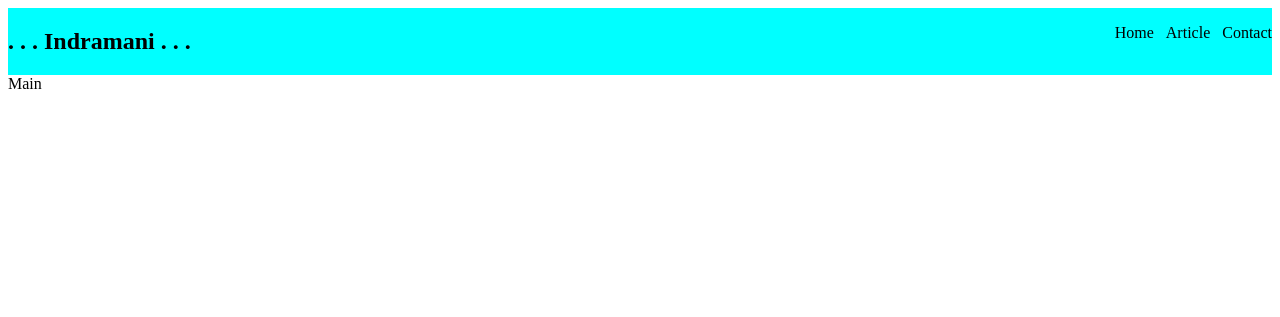
Repository: indramani7271/Indramani-First
Page: /
An editor plug-in stored every save of this project. The page is shown before and after the next save, followed by the edit.
The browser window is 1280 px wide. The pictures show the whole page.
The project was rebuilt for these pictures with package versions that can differ from the ones it lists, and the page was loaded fresh each time. Also part of the build but not shown: vite.config.js, src/index.css.

Above is the page before, as saved 2024-12-02 17:21:19.

After the next save:
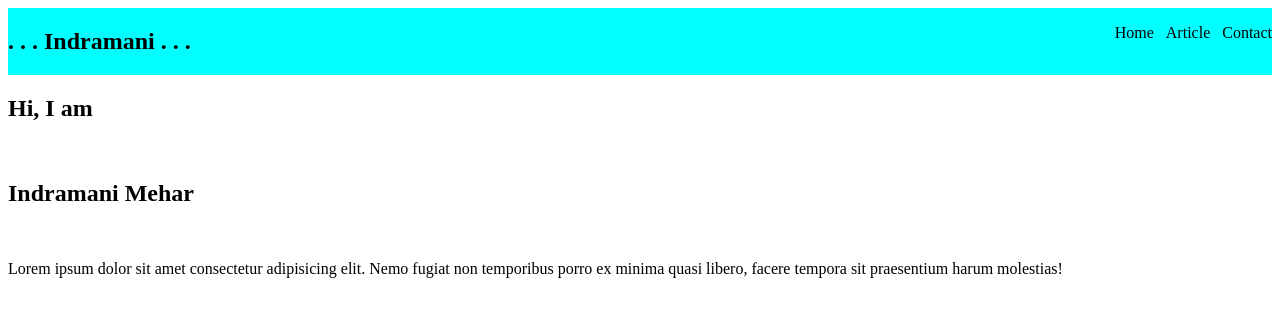
Saved 5 min 23 s later.
--- a/src/Component/Main.jsx
+++ b/src/Component/Main.jsx
@@ -2,8 +2,9 @@ function Main ()  {
 
   return (
     <div>
-Main
-
+        <h2 > Hi, I am     </h2><br></br>
+        <h2> Indramani Mehar</h2><br/>
+        <p>Lorem ipsum dolor sit amet consectetur adipisicing elit. Nemo fugiat non temporibus porro ex minima quasi libero, facere tempora sit praesentium harum molestias!</p>
     </div>
   )
 }
